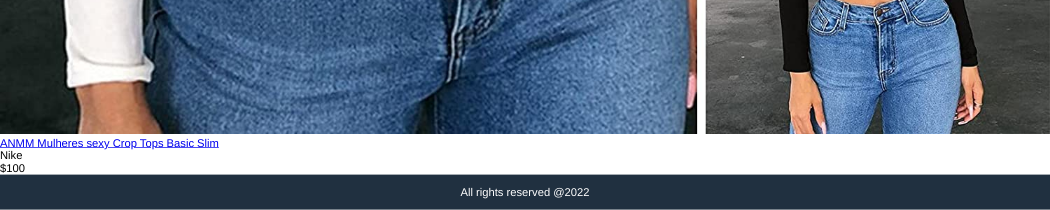
Repository: Mardoqueu/ecommerce-website
Page: jsamazona/frontend/src/index.html
The author's editor kept a copy of each file at every save. The page is drawn from the files as they stood at one save, then again after the next save.
The browser window is 1280 px wide. The page is 1500 px wide, so the pictures cover 1500 px, including what lies to the right of the window. The pictures show the part of the page from y = 1358 to 2998 px (the page is 1658 px tall before and 9448 px after), at 70% of full size.

Above is the page before, as saved 2022-09-12 10:23:43.

### jsamazona/frontend/src/index.html
<!DOCTYPE html>
<html lang="en">
  <head>
    <meta charset="UTF-8" />
    <meta http-equiv="X-UA-Compatible" content="IE=edge" />
    <meta name="viewport" content="width=device-width, initial-scale=1.0" />
    <link rel="stylesheet" href="style.css" />
    <title>JS Amazona</title>
  </head>
  <body>
    <div class="grid-container">
      <header>
        <div class="brand">
          <a href="/#/">jsamazona</a>
        </div>
        <div>
          <a href="/#/signin">Signin</a>
          <a href="/#/cart">Cart</a>
        </div>
      </header>
      <main>
        <div>
          <ul class="products">
            <li>
              <div class="product">
                <a href="/#/products/1">
                  <img src="images/product-1.jpg" alt="product 1" />
                </a>
                <div class="product-name">
                  <a href="/#/products/1">
                    ANMM Mulheres sexy Crop Tops Basic Slim
                  </a>
                </div>
                <div class="product-brand">Nike</div>
                <div class="product-price">$100</div>
              </div>
            </li>
          </ul>
        </div>
      </main>
      <footer>All rights reserved @2022</footer>
    </div>
  </body>
</html>

### jsamazona/frontend/src/style.css
* {
    box-sizing: border-box;
  }
  html {
    font-size: 62.5%; /* 16px * 62.5 = 10px = 1rem */
  }
  body {
    height: 100vh;
    font: 1.6rem Helvetica, Arial;
    margin: 0;
  }
  .grid-container {
    display: grid;
    grid-template-areas:
      'header'
      'main'
      'footer';
    grid-template-columns: 1fr;
    grid-template-rows: 5rem 1fr 5rem;
    height: 100%;
  }

  header {
    grid-area: header;
    background-color: #203040;
    color: #ffffff;
    display: flex;
    justify-content: space-between;
    align-items: center;
    padding: 0.5rem;
  }
  header a {
    color: #ffffff;
    font-weight: bold;
    text-decoration: none;
  }
  header a:hover {
    color: #f08040;
  }

  .brand a {
    font-size: 3rem;
  }

  footer {
    background-color: #203040;
    display: flex;
    justify-content: center;
    align-items: center;
    color: #ffffff;
  }

/* Products */
.products {
    display: flex;
    flex-wrap: wrap;
    list-style-type: none;
    padding: 0;
    margin: 0;
    justify-content: center;
  }

After the next save:
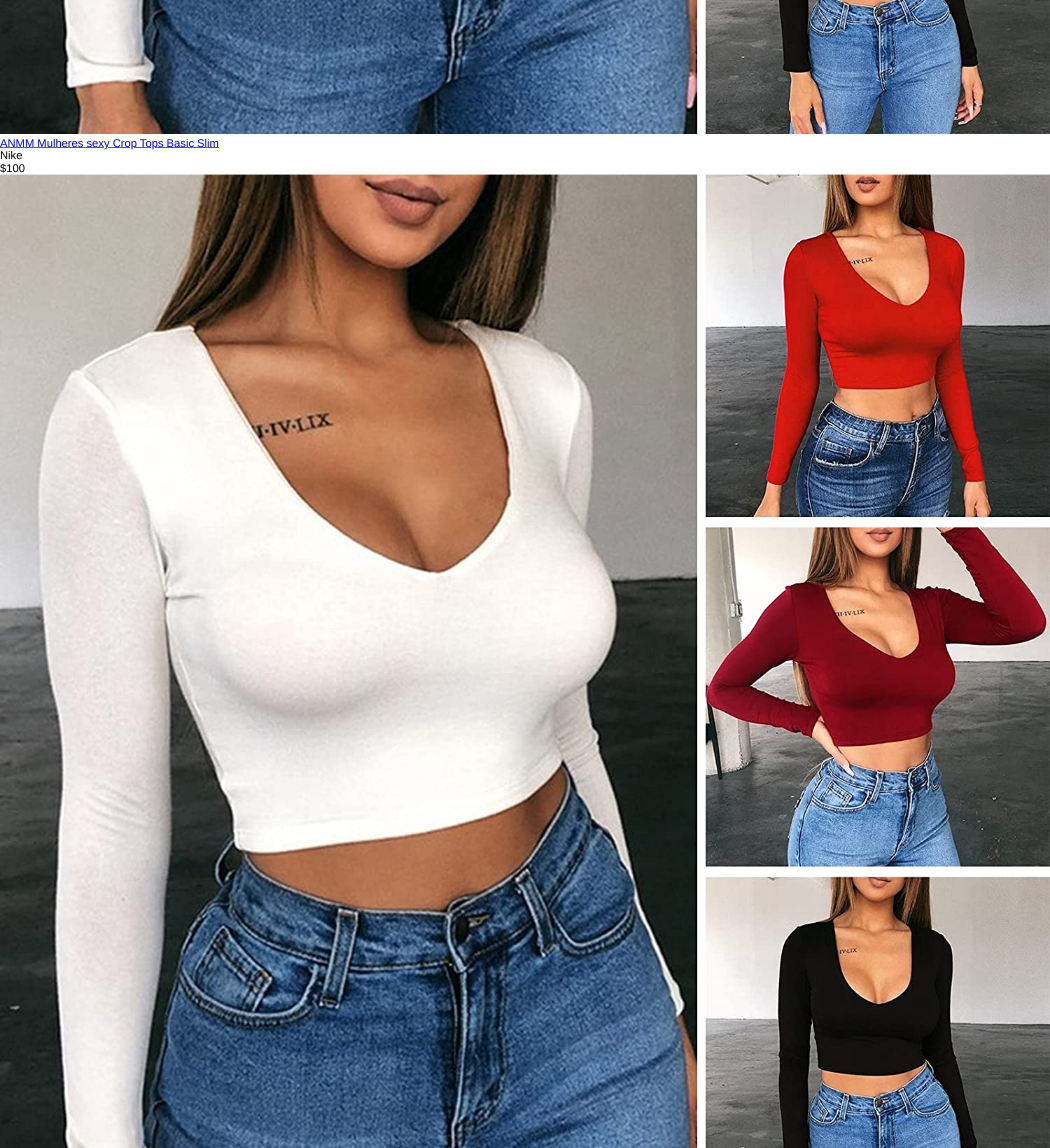
Saved 37 s later.
--- a/jsamazona/frontend/src/index.html
+++ b/jsamazona/frontend/src/index.html
@@ -35,6 +35,76 @@
                 <div class="product-price">$100</div>
               </div>
             </li>
+            <li>
+              <div class="product">
+                <a href="/#/products/1">
+                  <img src="images/product-1.jpg" alt="product 1" />
+                </a>
+                <div class="product-name">
+                  <a href="/#/products/1">
+                    ANMM Mulheres sexy Crop Tops Basic Slim
+                  </a>
+                </div>
+                <div class="product-brand">Nike</div>
+                <div class="product-price">$100</div>
+              </div>
+            </li>
+            <li>
+              <div class="product">
+                <a href="/#/products/1">
+                  <img src="images/product-1.jpg" alt="product 1" />
+                </a>
+                <div class="product-name">
+                  <a href="/#/products/1">
+                    ANMM Mulheres sexy Crop Tops Basic Slim
+                  </a>
+                </div>
+                <div class="product-brand">Nike</div>
+                <div class="product-price">$100</div>
+              </div>
+            </li>
+            <li>
+              <div class="product">
+                <a href="/#/products/1">
+                  <img src="images/product-1.jpg" alt="product 1" />
+                </a>
+                <div class="product-name">
+                  <a href="/#/products/1">
+                    ANMM Mulheres sexy Crop Tops Basic Slim
+                  </a>
+                </div>
+                <div class="product-brand">Nike</div>
+                <div class="product-price">$100</div>
+              </div>
+            </li>
+            <li>
+              <div class="product">
+                <a href="/#/products/1">
+                  <img src="images/product-1.jpg" alt="product 1" />
+                </a>
+                <div class="product-name">
+                  <a href="/#/products/1">
+                    ANMM Mulheres sexy Crop Tops Basic Slim
+                  </a>
+                </div>
+                <div class="product-brand">Nike</div>
+                <div class="product-price">$100</div>
+              </div>
+            </li>
+            <li>
+              <div class="product">
+                <a href="/#/products/1">
+                  <img src="images/product-1.jpg" alt="product 1" />
+                </a>
+                <div class="product-name">
+                  <a href="/#/products/1">
+                    ANMM Mulheres sexy Crop Tops Basic Slim
+                  </a>
+                </div>
+                <div class="product-brand">Nike</div>
+                <div class="product-price">$100</div>
+              </div>
+            </li>
           </ul>
         </div>
       </main>
